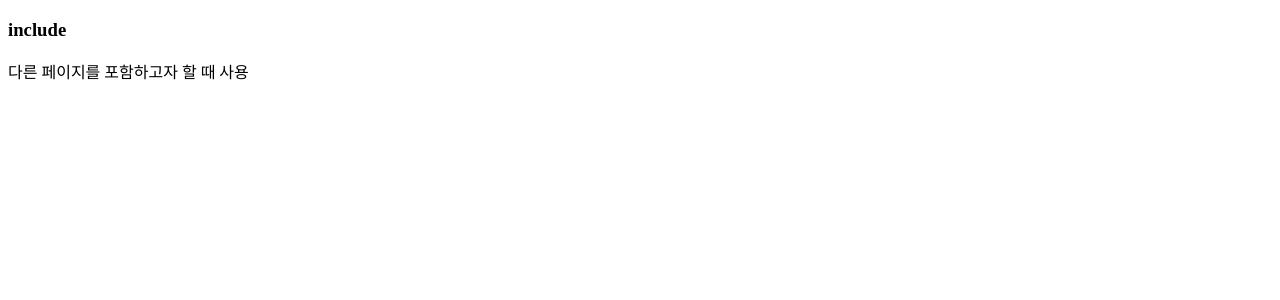
Repository: judeyong/myWebWorkSpace2
Page: http://localhost/Action_Project/views/StandardAction/01_include.jsp
The author's editor kept a copy of each file at every save. The page is drawn from the files as they stood at one save, then again after the next save.
The browser window is 1280 px wide. The pictures show the whole page.
The page is served by Tomcat 9.

Above is the page before, as saved 2024-04-03 03:20:56.

After the next save:
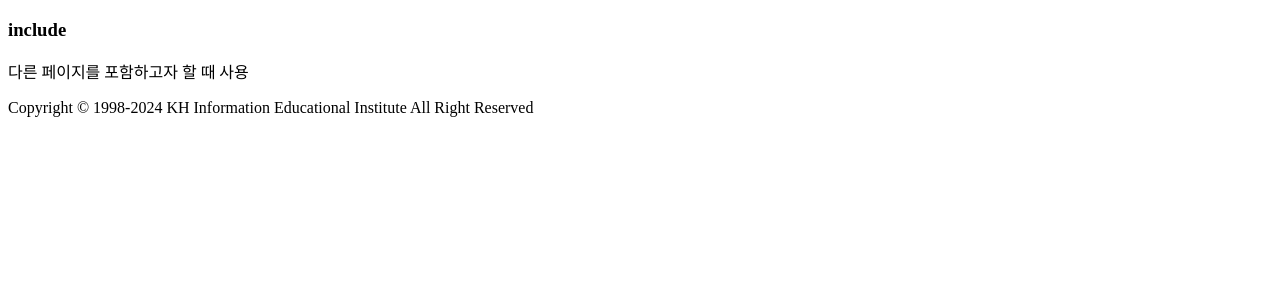
Saved 17 s later.
--- a/Action_Project/WebContent/views/StandardAction/01_include.jsp
+++ b/Action_Project/WebContent/views/StandardAction/01_include.jsp
@@ -12,9 +12,9 @@
 
 	<p>
 		다른 페이지를 포함하고자 할 때 사용
-
 	</p>
 
-
+	<%@ include file="footer.jsp" %>
+	<br><br>
 </body>
 </html>
